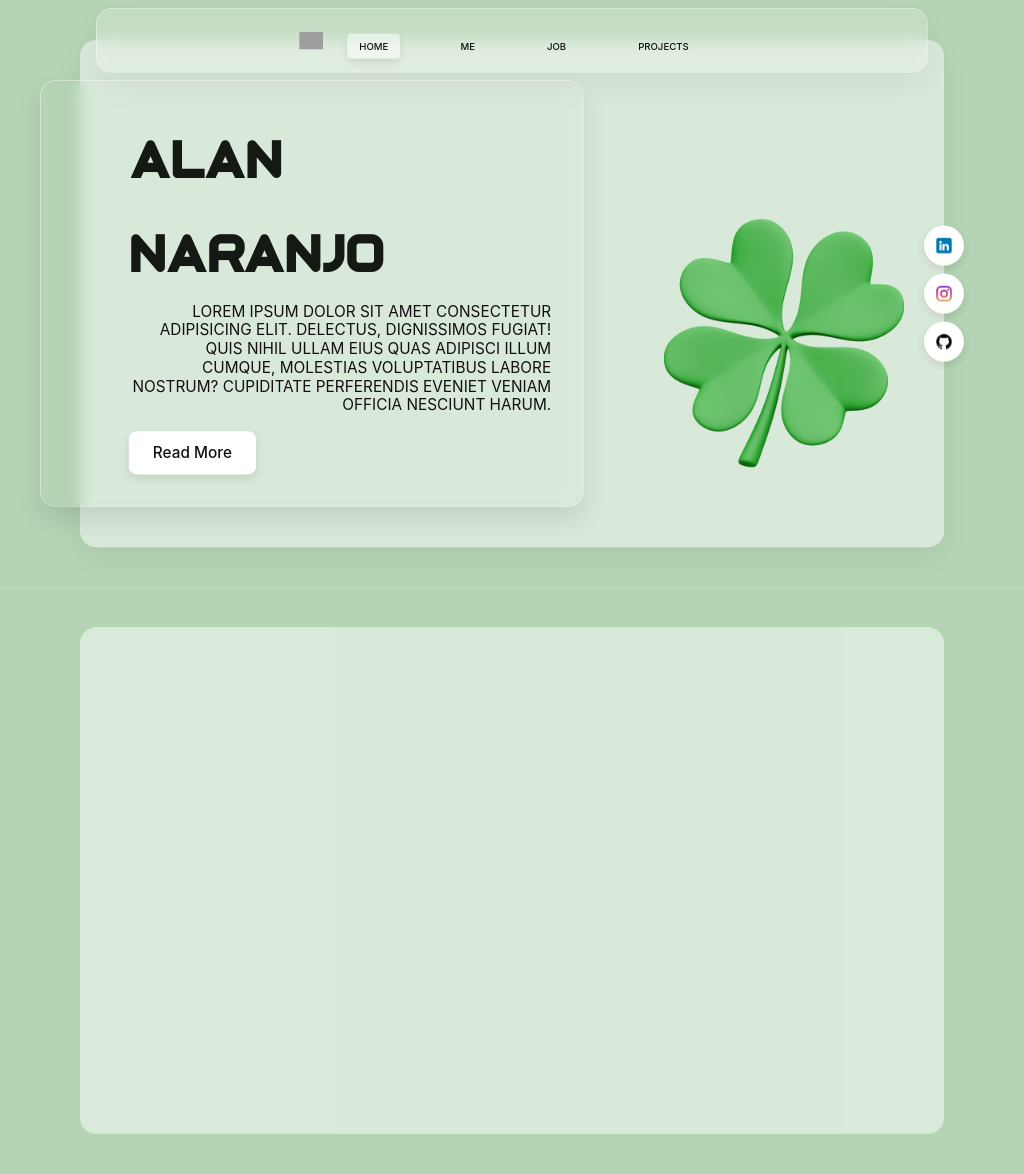
Repository: L-A-M-J-O/Me-sitio-Web
Page: / (app in my-project/)
An editor plug-in stored every save of this project. The page is shown before and after the next save, followed by the edit.
The browser window is 1280 px wide. The pictures show the whole page, at 80% of full size.
Pictures or frames that could not be fetched are drawn as grey boxes. Backgrounds fixed to the window are drawn as part of the page. The project was rebuilt for these pictures with package versions that can differ from the ones it lists, and the page was loaded fresh each time.

Above is the page before, as saved 2022-09-19 16:54:33.

### my-project/src/App.jsx
import './App.css';
import Me from './components/Me/Me';

import Navbar from './components/Navbar/Navbar'


function App() {
  return (
    <>
      <Navbar/>
      <Me/>
    </>


  );
}

export default App;

### my-project/src/App.css
 * {
    margin: 0;
    padding: 0;
    box-sizing: border-box;
 }

### my-project/src/components/Me/Me.jsx
import React from 'react'

import '../Me/Me.css'

function Me() {
  return (
    <div className='section-me' id='me'>
      <div className='container-m-me'>

      </div>
    </div>
  )
}

export default Me

### my-project/src/components/Navbar/Navbar.jsx
import React from 'react'

import {Link} from 'react-scroll'

import logotipo from '../../assets/img/logotipo.png'
import icon from '../../assets/img/icon.png'
import instagram from '../../assets/img/instagram.png'
import linkedin from '../../assets/img/linkedin.png'
import github from '../../assets/img/github.png'

import '../Navbar/Navbar.css'


function Navbar() {
  return (
    <section id='nav'>
      <div className='container-m'>
        <header>
          <Link to='nav' className='logo'><img src={ icon} alt='icon' width={30}/></Link>
          <ul>
            <li><Link to='nav' className='active'>Home</Link></li>
            <li><Link to='me' href='#' className=''>Me</Link></li>
            <li><Link href='#' className=''>Job</Link></li>
            <li><Link href='#' className=''>Projects</Link></li>
          </ul>
        </header>
        <div className='content'>
          <h2>Alan Naranjo</h2>
          <p>Lorem ipsum dolor sit amet consectetur adipisicing elit. Delectus, dignissimos fugiat! Quis nihil ullam eius quas adipisci illum cumque, molestias voluptatibus labore nostrum? Cupiditate perferendis eveniet veniam officia nesciunt harum.</p>
          <Link href='#'>Read More</Link>
        </div>
        <div className='img-icon'>
          <img src={ logotipo } alt='logotipo'/>
        </div>
        <ul className='sci'>
          <li><Link href='#'><img src={linkedin} alt='linkedin'/></Link></li>
          <li><Link href='#'><img src={instagram} alt='instagram'/></Link></li>
          <li><Link href='#'><img src={github} alt='github'/></Link></li>
        </ul>
      </div>
    </section>
  )
}

export default Navbar

### my-project/src/components/Me/Me.css
.section-me {
    display: flex;
    justify-content: center;
    align-items: center;
    min-height: 100vh;
    background-color: #B4D4B4;
    background-position: center;
    background-attachment: fixed;
    padding: 50px;
}
.container-m-me {
    position: relative;
    width: calc(100% - 100px);
    height: 88vh;
    background-color: rgba(255, 255, 255, 0.5);
    /* box-shadow: 0 15px 35px rgb(0 0 0 / 5%); */
    border-radius: 20px;
    display: flex;
    justify-content: space-between;
    align-items: center;
    padding: 50px;
}

### my-project/src/components/Navbar/Navbar.css
@font-face {
    font-family: Osiris;
    src: url(../../assets//img/Osiris.otf);
}

section {
    display: flex;
    justify-content: center;
    align-items: center;
    min-height: 100vh;
    background-color: #B4D4B4;
    background-position: center;
    background-attachment: fixed;
    padding: 50px;
}

.container-m{
    position: relative;
    width: calc(100% - 100px);
    height: 88vh;
    background-color: rgba(255, 255, 255, 0.5);
    box-shadow:  0 15px 35px rgba(0, 0, 0, 0.05);
    border-radius: 20px;
    display: flex;
    justify-content: space-between;
    align-items: center;
    padding: 50px;
}
header {
    position: absolute;
    top: -40px;
    right: 20px;
    left: 20px;
    padding: 20px 50px;
    display: flex;
    justify-content: center;
    align-items: baseline;
    background: rgba(255, 255, 255, 0.2);
    box-shadow:  0 15px 35px rgba(0, 0, 0, 0.05);
    border-radius: 20px;
    backdrop-filter: blur(10px);
    border: 1px solid rgba(255, 255, 255, 0.25);
    border-top: 1px solid rgba(255, 255, 255, 0.5);
    border-left: 1px solid rgba(255, 255, 255, 0.5);
}

header .logo {
    color: #140f10;
    font-weight: 700;
    text-decoration: none;
    font-size: 2rem;
}
header ul {
    display: flex;
}
header ul li {
    list-style: none;
    margin:  0 30px;
}
header ul li a {
    border: var(--default-border-width) solid var(--default-border-color);
    border-radius: var(--default-border-radius);
    text-transform: uppercase;
    font-weight: 500;
    font-size: max(12px,.9375vw);
    padding: 0 1.3333em;
    height: 2.5555em;
    line-height: 1.2222222222;
    transition: background-color .15s ease-in-out;
    -webkit-appearance: none;
    appearance: none;
    text-decoration: none;
    color: #140f10;
    padding: 8px 15px;
    border-radius: 25px;
    cursor: pointer;
}
header ul li a:hover,
header ul li a.active {
    border-radius: 5px;
    background-color: #ffffff81;
    color: #140f10;
    box-shadow: 0 5px 10px rgba(0, 0, 0, 0.1);
}

.content {
    transform: translateX(-100px);
    max-width: 700px;
    box-shadow:  0 15px 30px rgba(0, 0, 0, 0.1);
    border-radius: 20px;
    backdrop-filter: blur(10px);
    border: 1px solid rgba(255, 255, 255, 0.25);
    border-top: 1px solid rgba(255, 255, 255, 0.5);
    border-left: 1px solid rgba(255, 255, 255, 0.5);
    padding: 40px;
    padding-left: 110px;
}
.content h2 {
    font-family: Osiris;
    font-size: 4rem;
    line-height: 1.85;
    text-transform: lowercase;
    margin: 0;
    color: #141914;
}
.content p {
    text-align: end;
    border: var(--default-border-width) solid var(--default-border-color);
    border-radius: var(--default-border-radius);
    text-transform: uppercase;
    font-weight: 400;
    font-size: max(12px,.9375vw);
    line-height: 1.2222222222;
    transition: background-color .15s ease-in-out;
    -webkit-appearance: none;
    appearance: none;
    font-size: 1.2em;
    color: #140f10;
}
.content a {
    display: inline-block;
    padding: 15px 30px;
    background: #fff;
    color: #140f10;
    margin-top: 20px;
    border-radius: 10px;
    font-size: 1.2em;
    font-weight: 500;
    text-decoration: none;
    box-shadow:  0 5px 10px rgba(0, 0, 0, 0.1);
}
.img-icon img {
    max-width: 400px;
    animation: animate 5s linear infinite;
}
@keyframes animate {
    0%,100%{
        transform: translateY(50px);
    }
    50% {
        transform: translateY(100px);
    }
}
.sci {
    position: absolute;
    right: -25px;
    display: flex;
    justify-content: center;
    align-items: center;
    flex-direction: column;
}
.sci li {
    list-style: none;
}
.sci li a {
    text-decoration: none;
    width: 50px;
    height: 50px;
    background: #fff;
    display: flex;
    justify-content: center;
    align-items: center;
    border-radius: 50%;
    margin: 5px 0;
    box-shadow: 0 5px 10px rgba(0, 0, 0, 0.1);
}
.sci li a img {
    transform: scale(0.6);
    transition: 0.5s;
}
sci li:hover a img {
    transform: scale(0.6) rotate(360deg);
}

Loaded but not shown: my-project/src/index.js (common file); my-project/src/index.css (common file); my-project/src/reportWebVitals.js (common file)

After the next save:
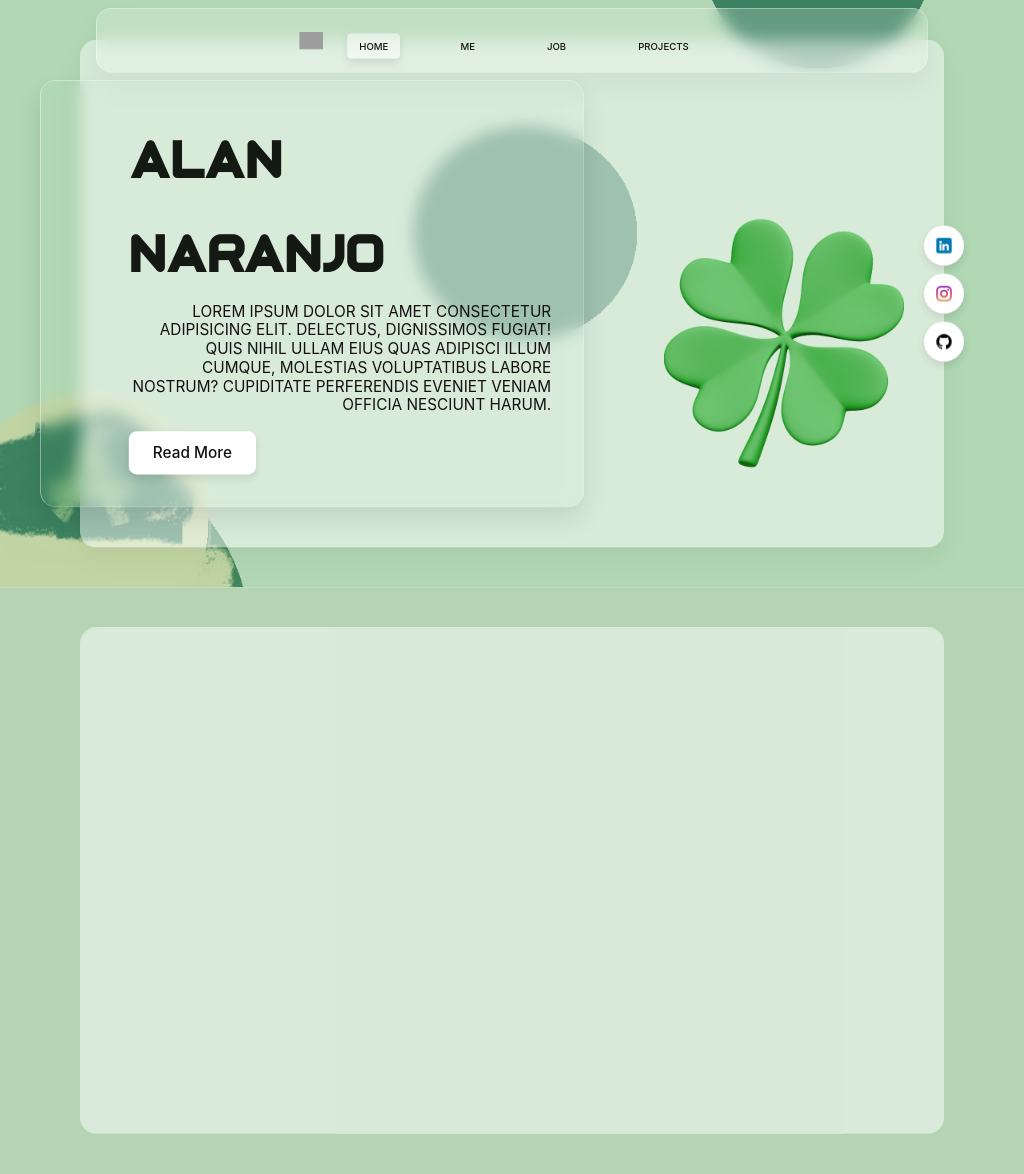
Saved 17 s later.
--- a/my-project/src/components/Navbar/Navbar.css
+++ b/my-project/src/components/Navbar/Navbar.css
@@ -8,12 +8,11 @@ section {
     justify-content: center;
     align-items: center;
     min-height: 100vh;
-    background-color: #B4D4B4;
+    background-image: url(../../assets/img/banner.png);
     background-position: center;
     background-attachment: fixed;
     padding: 50px;
 }
-
 .container-m{
     position: relative;
     width: calc(100% - 100px);
